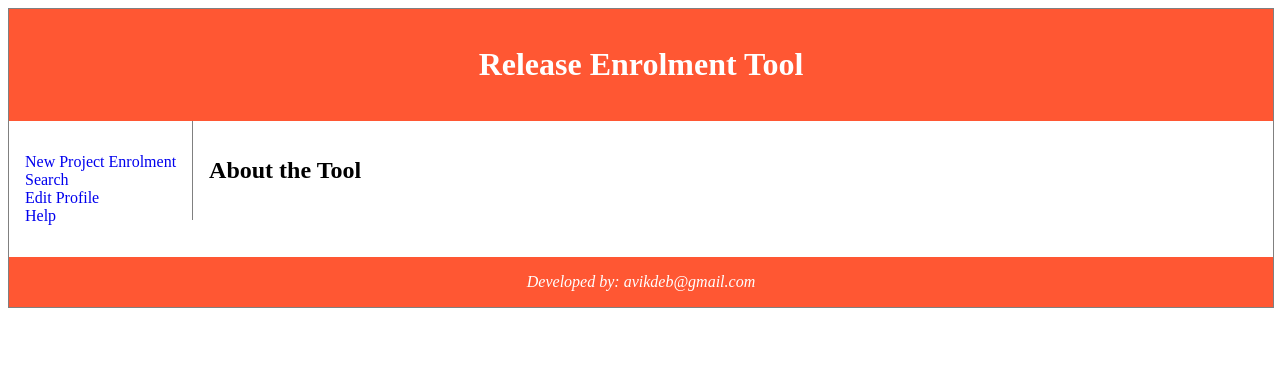
Repository: guribrar/enrolmentapp
Page: http://localhost/enrolmentapp/testlogin.jsp
The author's editor kept a copy of each file at every save. The page is drawn from the files as they stood at one save, then again after the next save.
The browser window is 1280 px wide. The pictures show the whole page.
The page is served by Tomcat 9.

Above is the page before, as saved 2016-12-31 15:53:48.

After the next save:
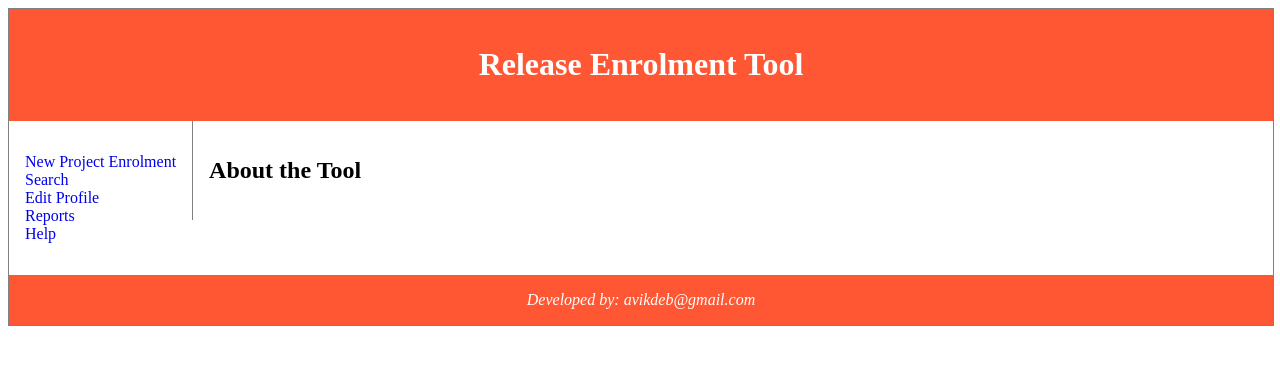
Saved 18 s later.
--- a/enrolmentapp/WebContent/testlogin.jsp
+++ b/enrolmentapp/WebContent/testlogin.jsp
@@ -58,6 +58,7 @@ article {
     <li><a href="#">New Project Enrolment</a></li>
     <li><a href="#">Search</a></li>
     <li><a href="#">Edit Profile</a></li>
+    <li><a href="#">Reports</a></li>
     <li><a href="#">Help</a></li>
   </ul>
 </nav>
